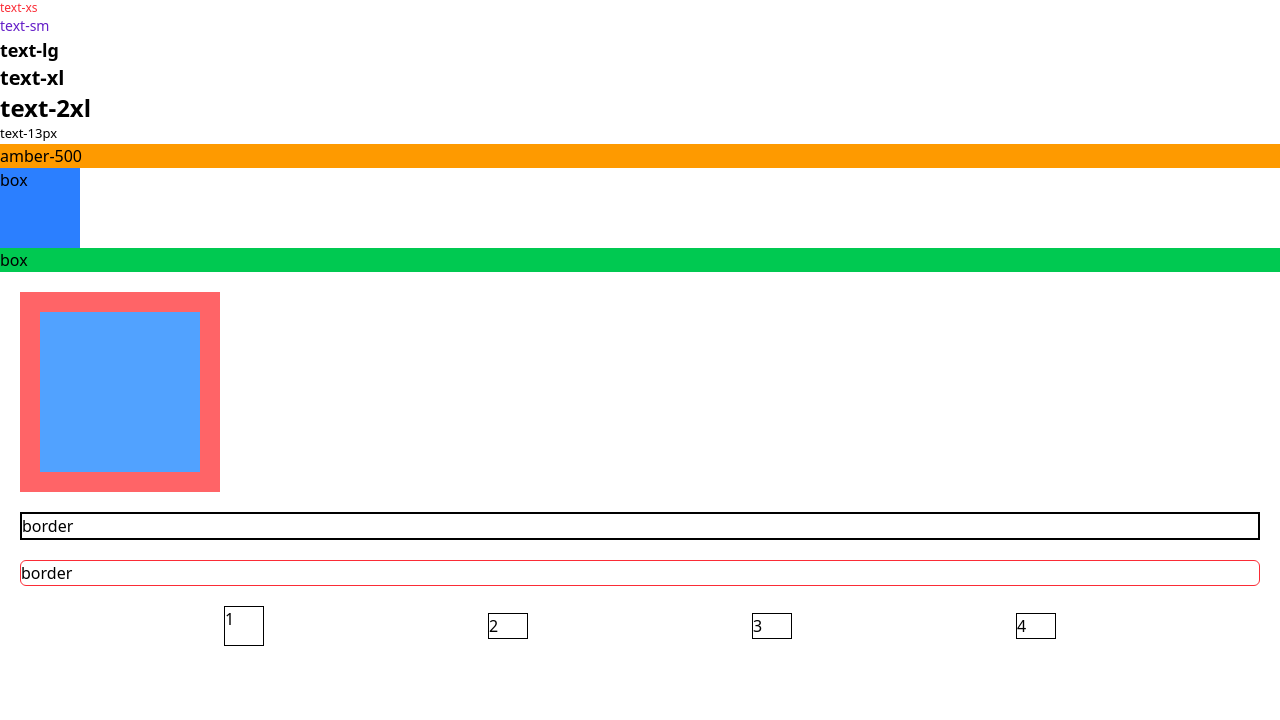
Repository: kkhhjjoo/onebite-tailwind
Page: /
An editor plug-in stored every save of this project. The page is shown before and after the next save, followed by the edit.
The browser window is 1280 px wide. The pictures show the whole page.
The project was rebuilt for these pictures with package versions that can differ from the ones it lists, and the page was loaded fresh each time. Also part of the build but not shown: vite.config.ts, src/App.css.

Above is the page before, as saved 2025-12-24 20:04:32.

After the next save:
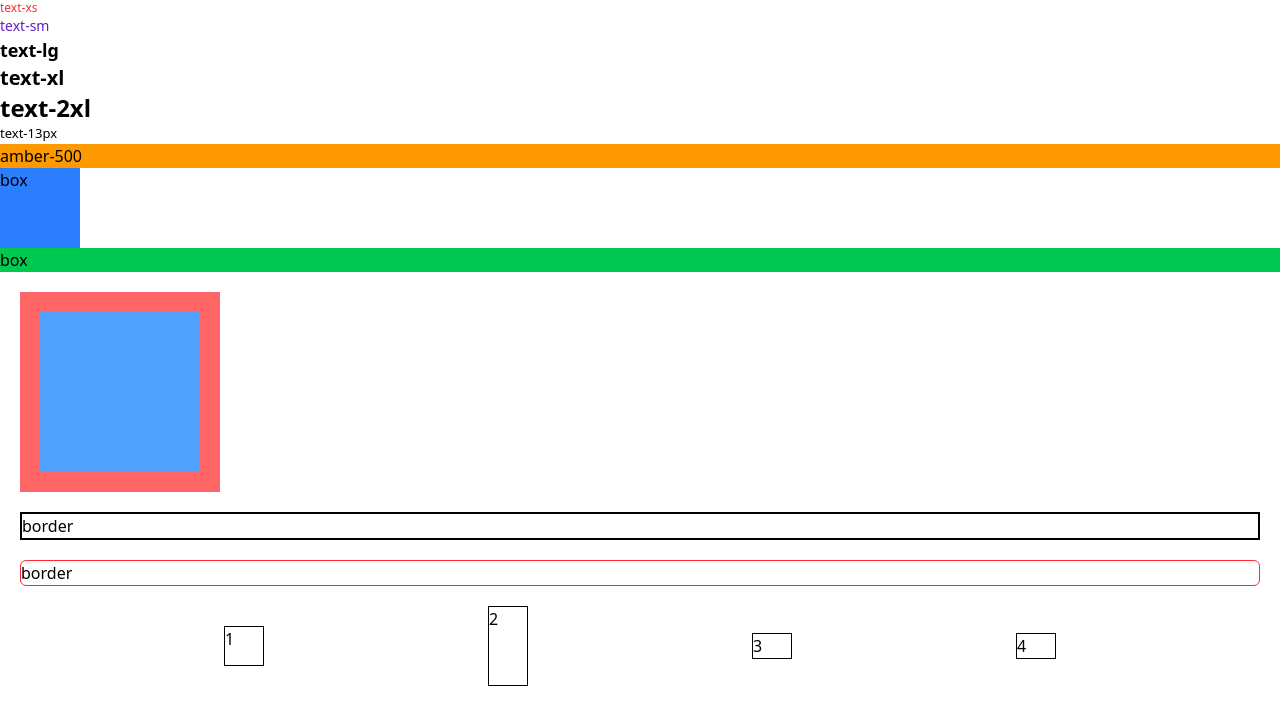
Saved 5 s later.
--- a/src/App.tsx
+++ b/src/App.tsx
@@ -33,7 +33,7 @@ function App() {
       {/* 6. 플렉스 컨테이너 */}
       <div className="flex items-center justify-evenly">
         <div className="h-10 w-10 border">1</div>
-        <div className="w-10 border">2</div>
+        <div className="h-20 w-10 border">2</div>
         <div className="w-10 border">3</div>
         <div className="w-10 border">4</div>
       </div>
